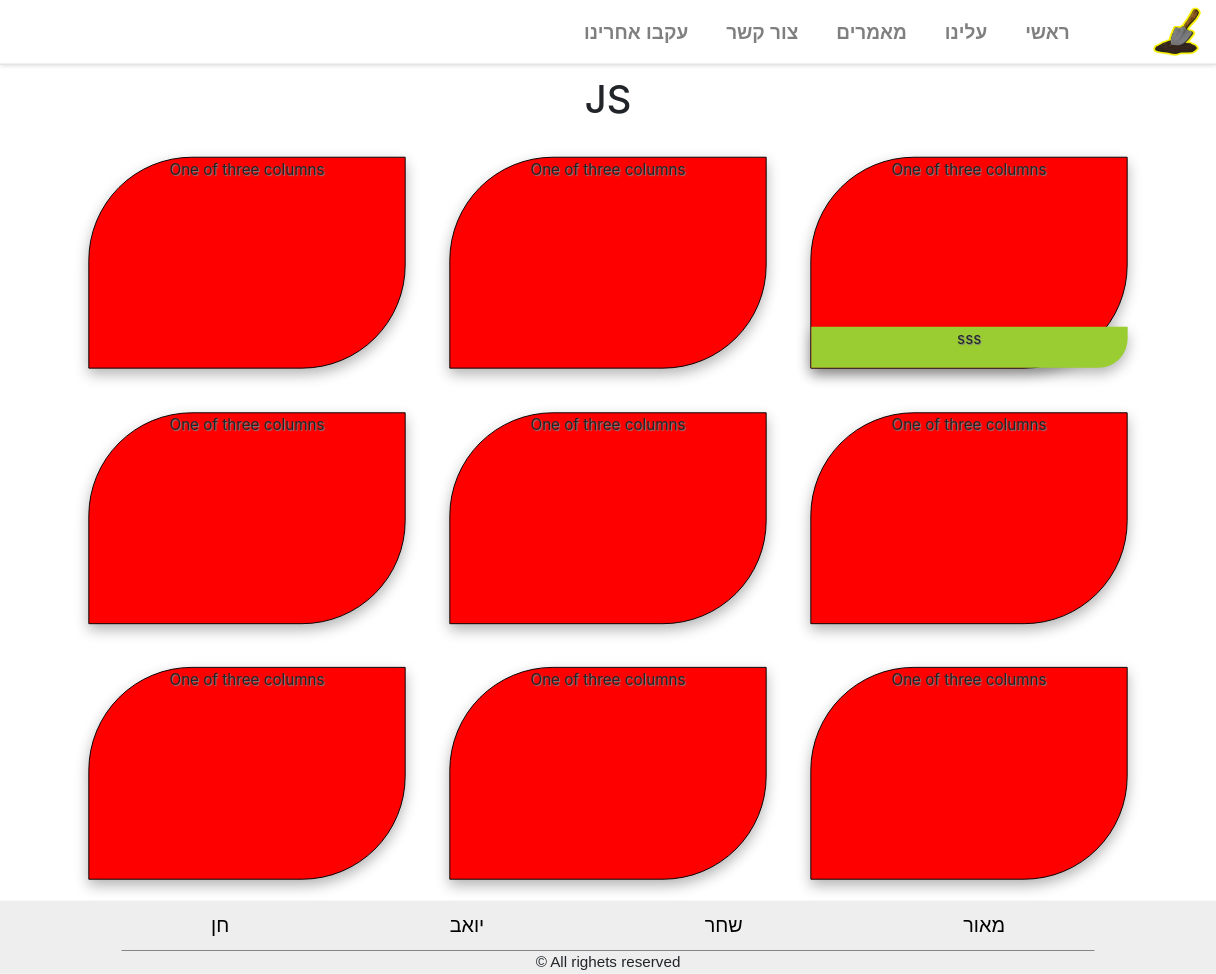
Repository: yoavBenZion/Blog-Zubi
Page: articlesPage.html
The author's editor kept a copy of each file at every save. The page is drawn from the files as they stood at one save, then again after the next save.
The browser window is 1280 px wide. The pictures show the whole page, at 95% of full size.
Some web fonts or font styles are not loaded; a fallback is used. Some web libraries are served in a nearby version.

Above is the page before, as saved 2017-10-26 14:20:37.

### articlesPage.html
<!DOCTYPE html>
<html lang="he">

<head>
    <meta charset="UTF-8">
    <meta name="viewport" content="width=device-width, initial-scale=1,user-scalable=no;">
    <title>החופרים</title>
    <link rel="stylesheet" href="https://maxcdn.bootstrapcdn.com/bootstrap/4.0.0-beta/css/bootstrap.min.css" integrity="sha384-/Y6pD6FV/Vv2HJnA6t+vslU6fwYXjCFtcEpHbNJ0lyAFsXTsjBbfaDjzALeQsN6M"
        crossorigin="anonymous">
    <link rel="stylesheet" href="https://maxcdn.bootstrapcdn.com/bootstrap/4.0.0-beta.2/css/bootstrap.min.css" integrity="sha384-PsH8R72JQ3SOdhVi3uxftmaW6Vc51MKb0q5P2rRUpPvrszuE4W1povHYgTpBfshb"
        crossorigin="anonymous">

    <script src="https://code.jquery.com/jquery-3.2.1.slim.min.js" integrity="sha384-KJ3o2DKtIkvYIK3UENzmM7KCkRr/rE9/Qpg6aAZGJwFDMVNA/GpGFF93hXpG5KkN"
        crossorigin="anonymous"></script>
    <script src="https://cdnjs.cloudflare.com/ajax/libs/popper.js/1.12.3/umd/popper.min.js" integrity="sha384-vFJXuSJphROIrBnz7yo7oB41mKfc8JzQZiCq4NCceLEaO4IHwicKwpJf9c9IpFgh"
        crossorigin="anonymous"></script>
    <script src="https://maxcdn.bootstrapcdn.com/bootstrap/4.0.0-beta.2/js/bootstrap.min.js" integrity="sha384-alpBpkh1PFOepccYVYDB4do5UnbKysX5WZXm3XxPqe5iKTfUKjNkCk9SaVuEZflJ"
        crossorigin="anonymous"></script>
    <link rel="stylesheet" href="css/Gridrispon.css" type="text/css">
    <link rel="stylesheet" href="css/header.css" type="text/css">
    <link rel="stylesheet" href="css/PopupRispon.css">
    <link rel="stylesheet" href="css/footer.css">
    <link rel="stylesheet" type="text/css" href="css/articlesPage.css">



</head>

<body dir="rtl">
    <header>

        <nav class="navbar navbar-expand-sm navbar-light bg-faded">
            <button class="navbar-toggler" type="button" data-toggle="collapse" data-target="#nav-content" aria-controls="nav-content"
                aria-expanded="false" aria-label="Toggle navigation">
                <span class="navbar-toggler-icon"></span>
            </button>
            <div class="logo">
                <img src="./img/shovel-575661_1280.png">
            </div>
            <!-- Brand -->
            <a class="navbar-brand" href="#"> </a>

            <!-- Links -->
            <div class="collapse navbar-collapse" id="nav-content">
                <ul class="navbar-nav">
                    <li class="nav-item">
                        <a class="nav-link" href="#1">ראשי</a>
                    </li>
                    <li class="nav-item">
                        <a class="nav-link" href="#2">עלינו</a>
                    </li>
                    <li class="nav-item">
                        <a class="nav-link" href="#5">מאמרים</a>
                    </li>
                    <li class="nav-item">
                        <a class="nav-link" href="contact.html">צור קשר</a>
                    </li>
                    <li class="nav-item">
                        <a class="nav-link" href="subscribe.html">עקבו אחרינו</a>
                    </li>

                </ul>

            </div>

        </nav>

    </header>

    <h1 class="header1">JS</h1>
    <div class="container">
        <div class="row">
            <div class="col">
                One of three columns
                <div class="undercol">sss</div>

            </div>
            <div class="col">
                One of three columns
            </div>
            <div class="col">
                One of three columns
            </div>
        </div>
        <div class="row">
            <div class="col">
                One of three columns
            </div>
            <div class="col">
                One of three columns
            </div>
            <div class="col">
                One of three columns
            </div>
        </div>
        <div class="row">
            <div class="col">
                One of three columns
            </div>
            <div class="col">
                One of three columns
            </div>
            <div class="col">
                One of three columns
            </div>
        </div>
    </div>
    </div>
    <footer id="footer">
        <ul>
            <li class="box">
                <a class="button" href="#popup3">
                    מאור
                </a>
            </li>
            <li class="box">
                <a class="button" href="#popup2">
                    שחר
                </a>
            </li>
            <li class="box">
                <a class="button" href="#popup1">
                    יואב
                </a>
            </li>
            <li>
                <a class="button" href="#popup4">
                    חן
                </a>
            </li>
        </ul>
        </div>
        <!--yoav popup-->
        <div id="popup1" class="overlay">
            <div class="popup">
                <h2>Yoav Benzion</h2>
                <a class="close" href="#footer">&times;</a>
                <div class="content">
                    <div class="footer-social-icons">
                        <img class="avatar" src="img/yoav.jfif">
                        <p>front end web developer</p>
                        <h4 class="_14">Follow me on:</h4>
                        <ul class="social-icons">
                            <li>
                                <a href="https://www.facebook.com/yoav.benzion.5" target="_blank" class="social-icon">
                                    <i class="fa fa-facebook"></i>
                                </a>
                            </li>
                            <li>
                                <a href="https://twitter.com/Yoav_BenZion" target="_blank" class="social-icon">
                                    <i class="fa fa-twitter"></i>
                                </a>
                            </li>
                            <li>
                                <a href="https://github.com/yoavBenZion" target="_blank" class="social-icon">
                                    <i class="fa fa-github"></i>
                                </a>
                            </li>
                            <li>
                                <a href="https://codepen.io/yoavBZ/" target="_blank" class="social-icon">
                                    <i class="fa fa-codepen"></i>
                                </a>
                            </li>
                            <li>
                                <a href="https://www.linkedin.com/in/yoav-benzion-45818360/" target="_blank" class="social-icon">
                                    <i class="fa fa-linkedin"></i>
                                </a>
                            </li>
                            <li>
                                <a href="https://stackoverflow.com/users/8386160/yoav-b" target="_blank" class="social-icon">
                                    <i class="fa fa-stack-overflow"></i>
                                </a>
                            </li>
                        </ul>
                    </div>
                </div>
            </div>
        </div>
        <!--Shachar popup-->
        <div id="popup2" class="overlay">
            <div class="popup">
                <h2>Shachar</h2>
                <a class="close" href="#footer">&times;</a>
                <div class="content">
                    <div class="footer-social-icons">
                        <img class="avatar" src="img/kid.jpg">
                        <p>front end web developer</p>
                        <h4 class="_14">Follow me on:</h4>
                        <ul class="social-icons">
                            <li>
                                <a href="" class="social-icon">
                                    <i class="fa fa-facebook"></i>
                                </a>
                            </li>
                            <li>
                                <a href="" class="social-icon">
                                    <i class="fa fa-twitter"></i>
                                </a>
                            </li>
                            <li>
                                <a href="" class="social-icon">
                                    <i class="fa fa-github"></i>
                                </a>
                            </li>
                            <li>
                                <a href="" class="social-icon">
                                    <i class="fa fa-codepen"></i>
                                </a>
                            </li>
                            <li>
                                <a href="" class="social-icon">
                                    <i class="fa fa-linkedin"></i>
                                </a>
                            </li>
                            <li>
                                <a href="" class="social-icon">
                                    <i class="fa fa-stack-overflow"></i>
                                </a>
                            </li>
                        </ul>
                    </div>
                </div>
            </div>
        </div>

        <!--Maor popup-->

        <div id="popup3" class="overlay">
            <div class="popup">
                <h2>Maor</h2>
                <a class="close" href="#footer">&times;</a>
                <div class="content">
                    <div class="footer-social-icons">
                        <img class="avatar" src="img/mona.jpg">
                        <p>front end web developer</p>
                        <h4 class="_14">Follow me on:</h4>
                        <ul class="social-icons">
                            <li>
                                <a href="" class="social-icon">
                                    <i class="fa fa-facebook"></i>
                                </a>
                            </li>
                            <li>
                                <a href="" class="social-icon">
                                    <i class="fa fa-twitter"></i>
                                </a>
                            </li>
                            <li>
                                <a href="" class="social-icon">
                                    <i class="fa fa-github"></i>
                                </a>
                            </li>
                            <li>
                                <a href="" class="social-icon">
                                    <i class="fa fa-codepen"></i>
                                </a>
                            </li>
                            <li>
                                <a href="" class="social-icon">
                                    <i class="fa fa-linkedin"></i>
                                </a>
                            </li>
                            <li>
                                <a href="" class="social-icon">
                                    <i class="fa fa-stack-overflow"></i>
                                </a>
                            </li>
                        </ul>
                    </div>
                </div>
            </div>
        </div>

        <!--Chen popup-->
        <div id="popup4" class="overlay">
            <div class="popup">
                <h2>Chen Ginsberg</h2>
                <a class="close" href="#footer">&times;</a>
                <div class="content">
                    <!--          <div class="footer-social-icons">-->
                    <img class="avatar" src="img/MINER.jpg">
                    <p>front end web developer</p>
                    <h4 class="_14">Follow me on:</h4>
                    <ul class="social-icons">
                        <li>
                            <a href="https://www.facebook.com/chenogi" class="social-icon">
                                <i class="fa fa-facebook"></i>
                            </a>
                        </li>
                        <li>
                            <a href="https://github.com/ChenGinsberg?" class="social-icon">
                                <i class="fa fa-github"></i>
                            </a>
                        </li>
                        <li>
                            <a href="https://www.linkedin.com/in/chen-ginsberg-8829a713b/" class="social-icon">
                                <i class="fa fa-linkedin"></i>
                            </a>
                        </li>
                        <li>
                            <a href="https://stackoverflow.com/users/8377318/chen-ginsberg" class="social-icon">
                                <i class="fa fa-stack-overflow"></i>
                            </a>
                        </li>
                    </ul>
                </div>
            </div>
        </div>



        <div class="footer-bottem" dir="ltr">&copy; All righets reserved </div>
    </footer>
    <script src="https://code.jquery.com/jquery-3.2.1.slim.min.js" integrity="sha384-KJ3o2DKtIkvYIK3UENzmM7KCkRr/rE9/Qpg6aAZGJwFDMVNA/GpGFF93hXpG5KkN"
        crossorigin="anonymous"></script>
    <script src="https://cdnjs.cloudflare.com/ajax/libs/popper.js/1.11.0/umd/popper.min.js" integrity="sha384-b/U6ypiBEHpOf/4+1nzFpr53nxSS+GLCkfwBdFNTxtclqqenISfwAzpKaMNFNmj4"
        crossorigin="anonymous"></script>
    <script src="https://maxcdn.bootstrapcdn.com/bootstrap/4.0.0-beta/js/bootstrap.min.js" integrity="sha384-h0AbiXch4ZDo7tp9hKZ4TsHbi047NrKGLO3SEJAg45jXxnGIfYzk4Si90RDIqNm1"
        crossorigin="anonymous"></script>
</body>

</html>

### css/footer.css
@import url(http://fonts.googleapis.com/earlyaccess/alefhebrew.css);
footer {
  background-color: #eee;
  text-align: center;
  font-family: "Alef Hebrew", sans-serif;
  font-size: 1.3rem;
}

footer ul {
  display: flex;
  flex-direction: row;
  padding-right: 0;
  justify-content: space-evenly;
}

footer ul>li {
  list-style: none;
  padding: 10px;
  /*  background-color: #29C3FF;*/
}

footer ul>li:nth-child(odd) {
  color: #93A2A8;
}

footer ul>li:nth-child(even) {
  color: #E2DDE7;
}

footer ul>li:hover {
  background-color: #fff;
  /*  flex: 1;*/
  /*  font-size: 1.5rem;*/
  color: #E2DD11;
  /*  background-repeat: no-repeat;*/
}


/*
footer ul {
  display: grid;
  grid-template-columns: repeat(4, 1fr);
  grid-auto-rows:minmax(50px, auto);
  margin-right: -40px;
 grid-gap: 0.5em;
}
*/

.about,
.footer-bottem {
  text-align: center;
  width: 80%;
  margin: 0 auto;
}

.about {
  border-bottom: 1px dotted black;
}

.footer-bottem {
  border-top: 0.5px solid grey;
  font-size: 1rem;
}

### css/articlesPage.css
.header1 {
    text-align: center;
}


/* Grid */

.col {
    background-color: red;
    margin: 2%;
    height: 31vh;
    border: 1px solid black;
    text-align: center;
    text-shadow: 1px 1px 1px grey;
    box-shadow: 0 6px 15px 0 rgba(0, 1, 1, 0.3);
    border-radius: 109px 0px;
}

.undercol {
    background-color: yellowgreen;
    position: absolute;
    display: inline-block;
    height: 19.3%;
    width: 100.1%;
    bottom: 0;
    left: 0;
    border-radius: 0px 0px 30.6px 0px;
    /* border: 1px solid; */
    box-shadow: 0 6px 15px 0 rgba(0, 1, 1, 0.3);
}

Loaded but not shown: css/PopupRispon.css (986 lines, source omitted); css/Gridrispon.css (977 lines, source omitted); css/header.css (no stored copy; drawn as an empty file)

After the next save:
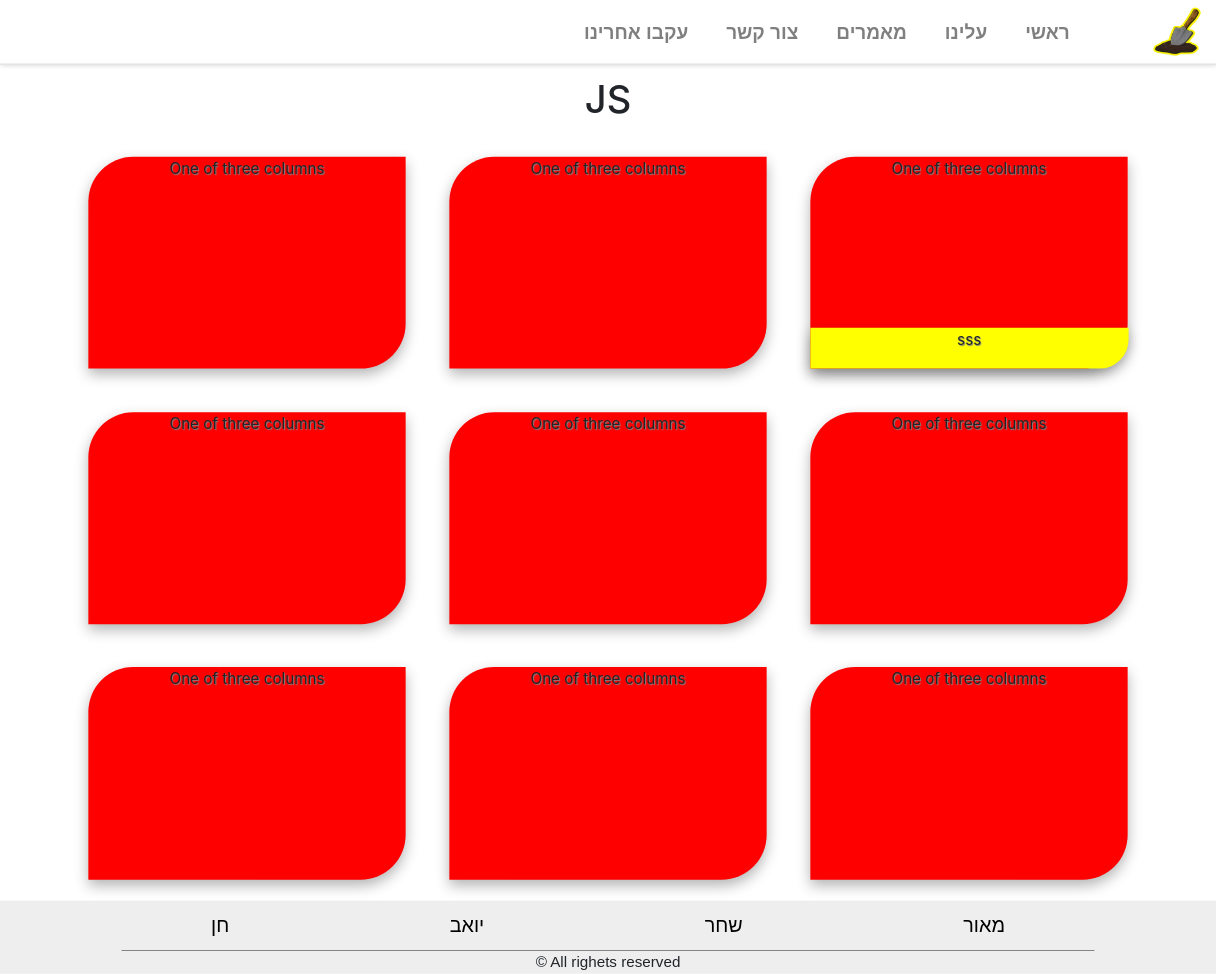
Saved 2 min 14 s later.
--- a/css/articlesPage.css
+++ b/css/articlesPage.css
@@ -9,15 +9,14 @@
     background-color: red;
     margin: 2%;
     height: 31vh;
-    border: 1px solid black;
     text-align: center;
     text-shadow: 1px 1px 1px grey;
     box-shadow: 0 6px 15px 0 rgba(0, 1, 1, 0.3);
-    border-radius: 109px 0px;
+    border-radius: 47.3px 0px;
 }
 
 .undercol {
-    background-color: yellowgreen;
+    background-color: yellow;
     position: absolute;
     display: inline-block;
     height: 19.3%;
@@ -25,6 +24,5 @@
     bottom: 0;
     left: 0;
     border-radius: 0px 0px 30.6px 0px;
-    /* border: 1px solid; */
     box-shadow: 0 6px 15px 0 rgba(0, 1, 1, 0.3);
 }
